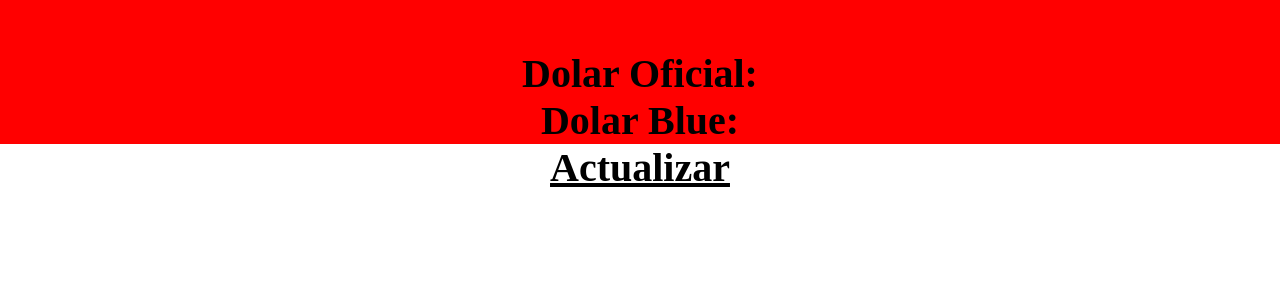
Repository: matias4633/Bill-Metal
Page: BillMetal/widget/BillMetal/index.html
The author's editor kept a copy of each file at every save. The page is drawn from the files as they stood at one save, then again after the next save.
The browser window is 1280 px wide. The pictures show the whole page.
The page's requests for data from a server got no answer.

Above is the page before, as saved 2022-07-15 02:35:26.
Console error (its wording comes from the project's code and is left out).

### BillMetal/widget/BillMetal/index.html
<!DOCTYPE html>
<html>

<head>
  <meta charset="UTF-8">
  <link rel="stylesheet" type="text/css" href="css/style.css">
  <script src="js/main.js"></script>
  <style></style>
</head>

<body>
  <div id="page">
    <div id="container">
      <p id="texto-oficial">Dolar Oficial: <div id="oficial"></div>
      <div id="texto-blue">Dolar Blue: <div id="blue"></div> </div>
      <div id="contactualizar"><a id="actualizar" href="javascript:location.reload()">Actualizar</a></div>
      </p>

    </div>
  </div>
</body>

</html>

### BillMetal/widget/BillMetal/css/style.css
html,
body {
    width: 100%;
    height: 100%;
    margin: 0;
    padding: 0;
}
#page {
    background-color: white;
    color: #fff;
    height: 100%;
    position: relative;
    width: 100%;
}
#container {
    width: 100%;
    height: 100%;
}
#texto-oficial {
    font-weight: bold;
    font-size: 40px;
    color: black;
    padding-top: 50px;
    vertical-align: text-bottom;
    margin: 0;
    text-align: center;
    background: red
}
#oficial {
    background: blue;
    font-weight: bold;
    font-size: 40px;
    text-align: center;
    color: black;
}
#texto-blue {
    font-weight: bold;
    font-size: 40px;
    color: black;
    margin: 0;
    text-align: center;
    background: red
}
#blue {
    background: blue;
    font-weight: bold;
    font-size: 40px;
    text-align: center;
    color: black;
}
#contactualizar{
	text-align:center;
}
#actualizar {

    font-weight: bold;
    font-size: 40px;

    color: black;
}

### BillMetal/widget/BillMetal/js/main.js
window.onload = function() {
  console.log('+[window.onload]');
  // Do nothing now
  const url = 'https://criptoya.com/api/dolar';

  let respuesta= new XMLHttpRequest();
  respuesta.open('GET',url);

  respuesta.onreadystatechange=function(){

      if(respuesta.readyState === XMLHttpRequest.DONE){

          let respuestaJson= JSON.parse(this.responseText);
          console.log(respuestaJson);
          document.getElementById('oficial').innerText = respuestaJson.oficial;
          document.getElementById('blue').innerText= respuestaJson.blue;
      }
  };
  respuesta.send();



};

After the next save:
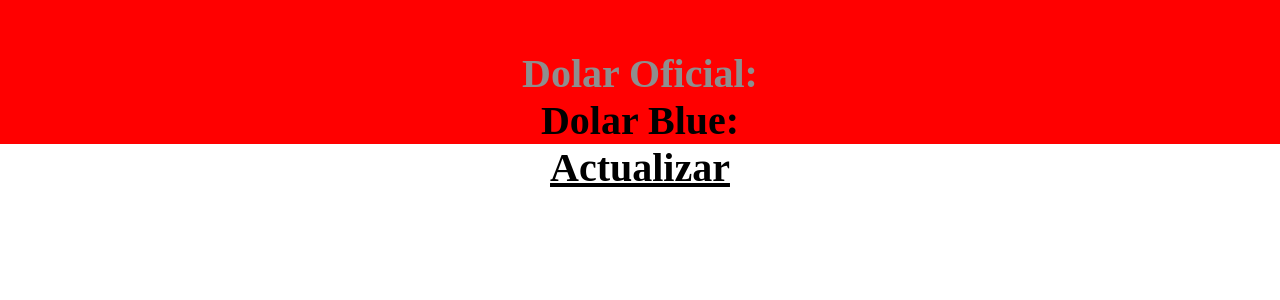
Saved 4 h 48 min later.
--- a/BillMetal/widget/BillMetal/css/style.css
+++ b/BillMetal/widget/BillMetal/css/style.css
@@ -19,7 +19,7 @@ body {
 #texto-oficial {
     font-weight: bold;
     font-size: 40px;
-    color: black;
+    color: #8e8e8e;
     padding-top: 50px;
     vertical-align: text-bottom;
     margin: 0;
@@ -31,7 +31,7 @@ body {
     font-weight: bold;
     font-size: 40px;
     text-align: center;
-    color: black;
+    color: #079a7d;
 }
 #texto-blue {
     font-weight: bold;
